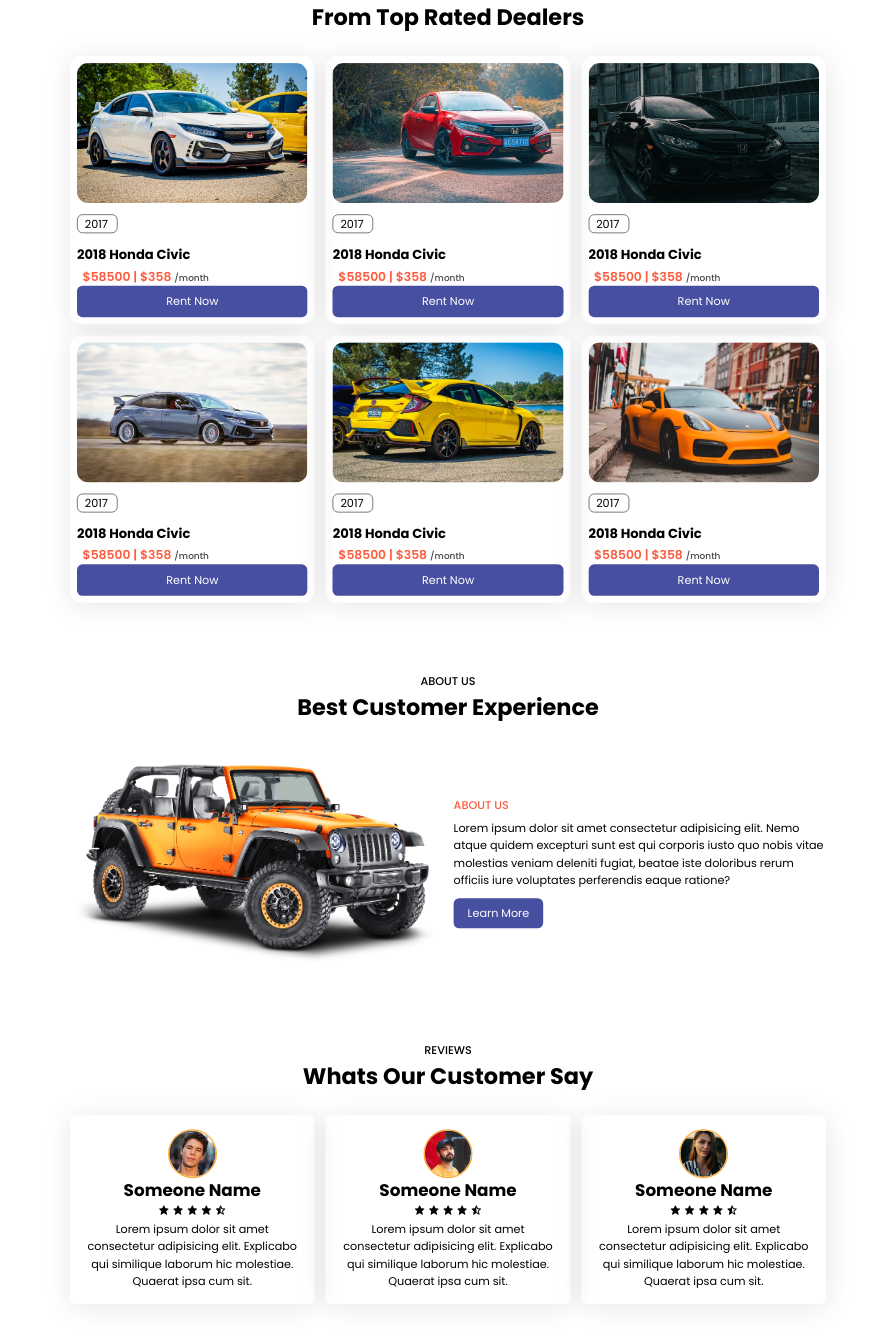
Repository: douglasabnovato/car-rental
Page: index.html
These files come from the project's save history. The page is drawn as it stood at one moment and after the next save; the edit follows.
The browser window is 1280 px wide. The pictures show the part of the page from y = 1303 to 3223 px (the page is 3216 px tall before and 3223 px after), at 70% of full size.

Above is the page before, as saved 2025-05-16 16:41:33.

After the next save:
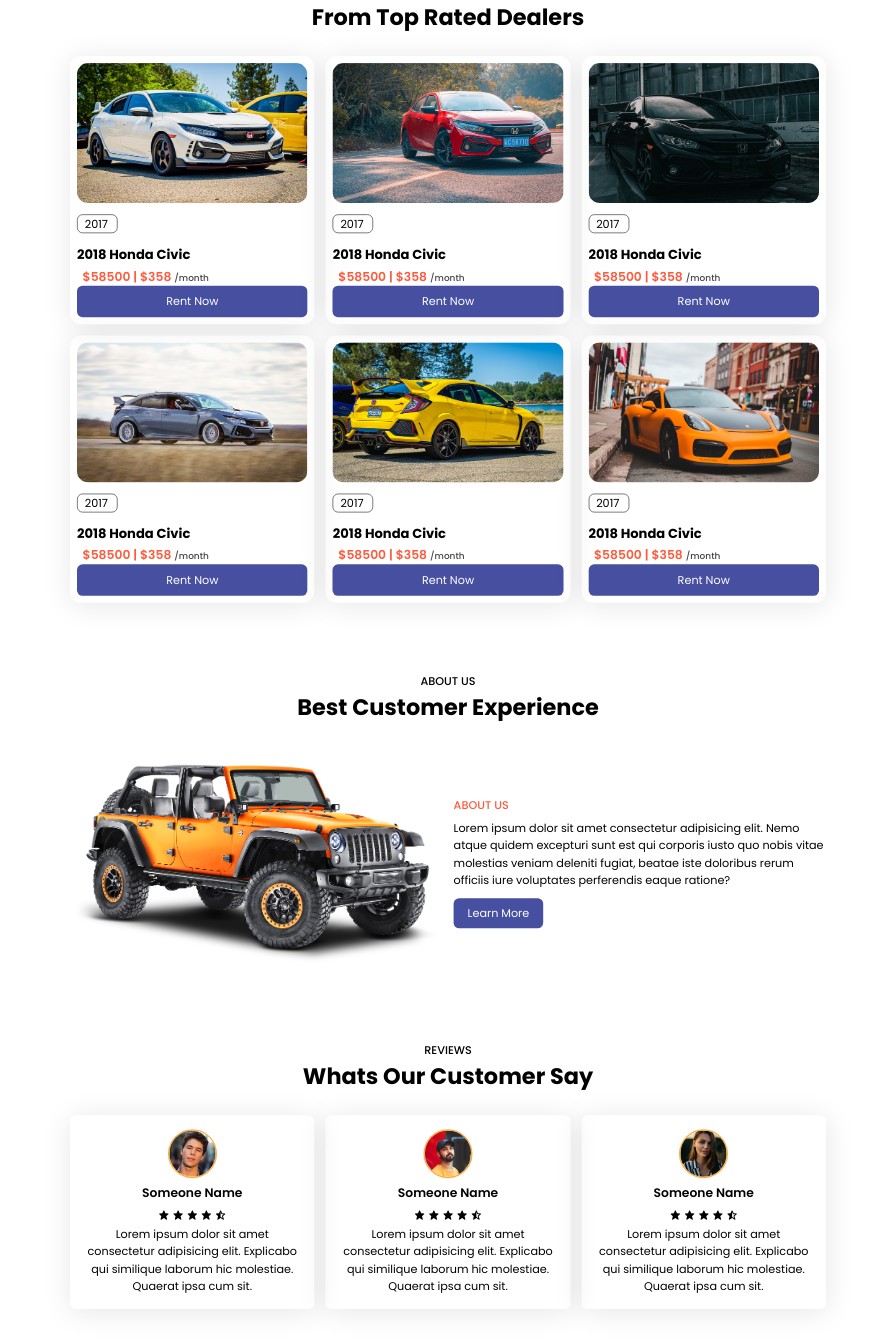
Saved 2 min 40 s later.
--- a/style.css
+++ b/style.css
@@ -365,3 +365,9 @@ header {
   box-shadow: 1px 4px 41px rgba(0, 0, 0, 0.1);
   border-radius: .5rem;
 }
+
+.reviews-container .box h2 {
+    font-size: 1.1rem;
+    font-weight: 600;
+    margin: .5rem 0 .5rem;
+}
